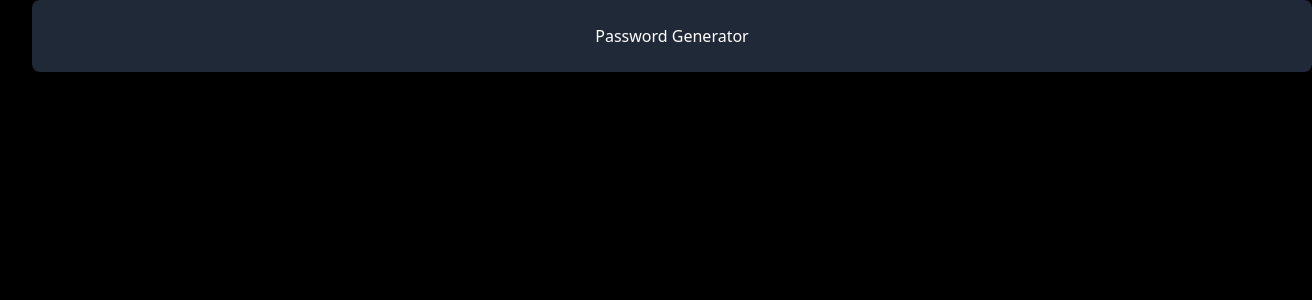
Repository: Abdul-Moeid-Rao/React-Projects
Page: / (app in 05passwordGenrator/)
The author's editor kept a copy of each file at every save. The page is drawn from the files as they stood at one save, then again after the next save.
The browser window is 1280 px wide. The page is 1312 px wide, then 1280 px, so the pictures cover 1312 px, including what lies to the right of the window. The pictures show the whole page.
The project was rebuilt for these pictures with package versions that can differ from the ones it lists, and the page was loaded fresh each time. Also part of the build but not shown: 05passwordGenrator/vite.config.js.

Above is the page before, as saved 2024-07-14 21:19:32.

### 05passwordGenrator/src/App.jsx
import { useCallback, useEffect, useState } from 'react'

function App() {
  const [length, setLength] = useState(8);
  const [number, setNumber] = useState(false);
  const [char, setChar] = useState(false);
  const [password, setPassword] = useState("");

  const passGenerator = useCallback(()=> {
    let pass = "";
    let str = "ABCDEFGHIJKLMNOPQRSTUVWXYZabcdefghijklmnopqrstuvwxyz"
    if (number) str += "0123456789";
    if (char) str += "!@#$&*%";

    for (let i = 1; i < length; i++) {
      let char = Math.floor(Math.random() * str.length + 1);
      pass += str.charAt(char);

    }
    setPassword(pass)

  }, [length,number, char, setPassword])

  useEffect(()=>{
    passGenerator()
  }, [length, number, char, passGenerator])

  return (
    <div className='w-full max-auto shadow-md rounded-lg px-4 py-3 mx-8 bg-gray-800 text-orange-500 justify-center'>
      <h1 className='text-white text-center my-3'>Password Generator</h1>
    </div>
  )
}

export default App

Loaded but not shown: 05passwordGenrator/index.html (common file); 05passwordGenrator/src/main.jsx (common file); 05passwordGenrator/src/index.css (common file); 05passwordGenrator/tailwind.config.js (common file)

After the next save:
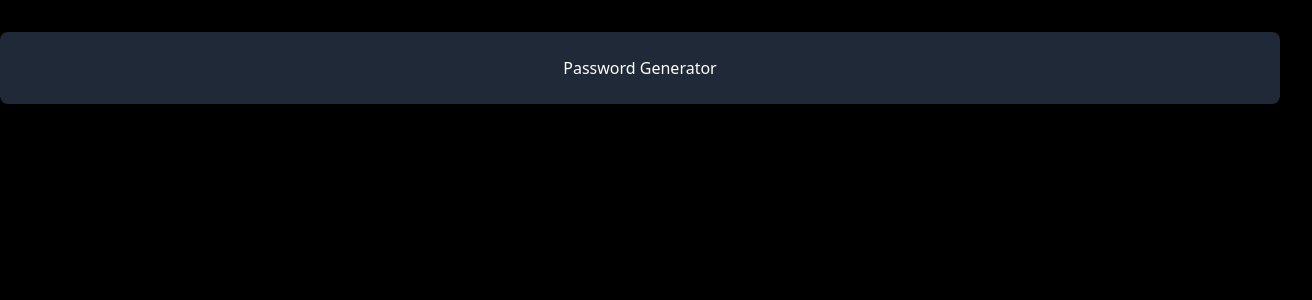
Saved 13 s later.
--- a/05passwordGenrator/src/App.jsx
+++ b/05passwordGenrator/src/App.jsx
@@ -26,7 +26,7 @@ function App() {
   }, [length, number, char, passGenerator])
 
   return (
-    <div className='w-full max-auto shadow-md rounded-lg px-4 py-3 mx-8 bg-gray-800 text-orange-500 justify-center'>
+    <div className='w-full max-auto shadow-md rounded-lg px-4 py-3 my-8 bg-gray-800 text-orange-500 justify-center'>
       <h1 className='text-white text-center my-3'>Password Generator</h1>
     </div>
   )
